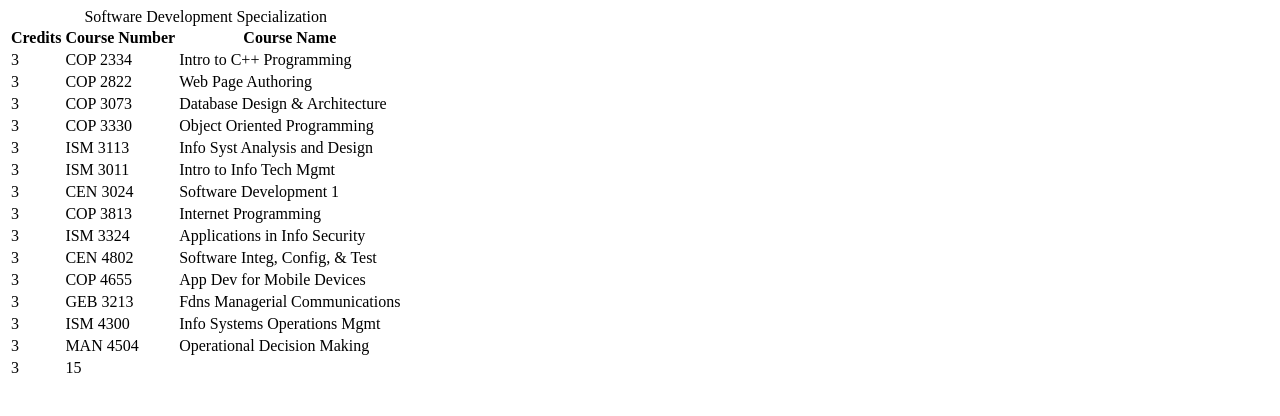
Repository: mlmEFSC21/P3-DegreeSpecializationTable
Page: index.html
An editor plug-in stored every save of this project. The page is shown before and after the next save, followed by the edit.
The browser window is 1280 px wide. The pictures show the whole page.

Above is the page before, as saved 2022-01-30 20:40:59.

After the next save:
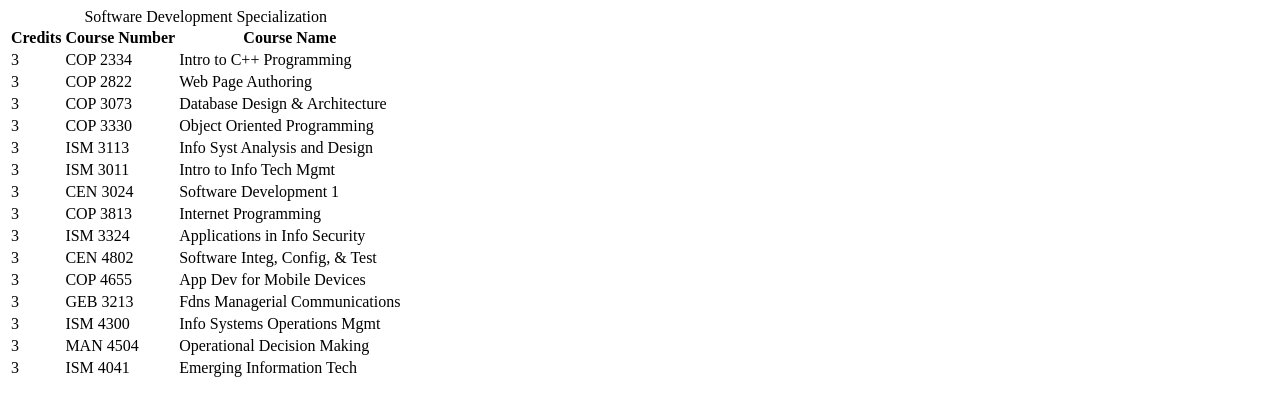
Saved 15 s later.
--- a/index.html
+++ b/index.html
@@ -88,8 +88,8 @@
             </tr>
             <tr>
                 <td>3</td>
-                <td>15</td>
-                <td></td>
+                <td>ISM 4041</td>
+                <td>Emerging Information Tech</td>
             </tr>
         </table>
     </body>
